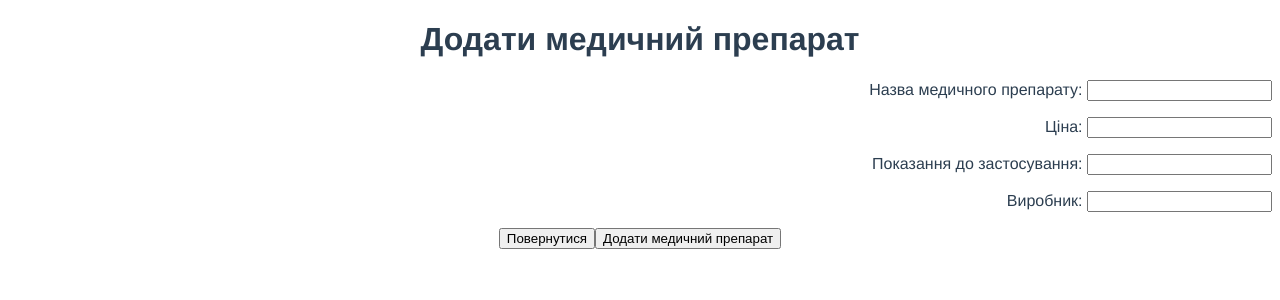
Repository: kristinap8/pharmacy
Page: /add_medicine
The author's editor kept a copy of each file at every save. The page is drawn from the files as they stood at one save, then again after the next save.
The browser window is 1280 px wide. The pictures show the whole page.
The project was rebuilt for these pictures with package versions that can differ from the ones it lists, and the page was loaded fresh each time. Also part of the build but not shown: src/components/EditMedicineForm/index.vue, src/pages/EditMedicine/index.vue, src/components/MedicinesList/MedicineCard/index.vue, src/components/MedicinesList/index.vue, src/pages/AllMedicines/index.vue, src/components/CartForm/index.vue, src/pages/Cart/index.vue.

Above is the page before, as saved 2020-12-09 23:32:26.

### src/main.js
import Vue from 'vue'
import App from './App.vue'
import router from "./router"
import store from "./store"

Vue.config.productionTip = false

new Vue({
  store,
  router,
  render: h => h(App),
}).$mount('#app')

### src/App.vue
<template>
  <div id="app">
    <router-view/>
  </div>
</template>

<script>
export default {
  name: "App",
  components: {},
};
</script>

<style>
#app {
  font-family: Avenir, Helvetica, Arial, sans-serif;
  -webkit-font-smoothing: antialiased;
  -moz-osx-font-smoothing: grayscale;
  color: #2c3e50;
}
</style>

### src/router.js
import Vue from "vue";
import VueRouter from "vue-router";
import AddMedicine from "@/pages/AddMedicine";
import EditMedicine from "@/pages/EditMedicine";
import AllMedicines from "@/pages/AllMedicines";
import Cart from "@/pages/Cart";

Vue.use(VueRouter);

const routes=[
    {
        path:'/',
        name:'all-medicines',
        component:AllMedicines
    },
    {
        path:'/edit_medicine/:medicine_id',
        name:'edit-medicine',
        component:EditMedicine
    },
    {
        path:'/add_medicine',
        name:'add-medicine',
        component:AddMedicine
    },
    {
        path:'/cart',
        name:'cart',
        component:Cart
    },

]

const router=new VueRouter({
    mode:"history",
    routes
});

export default router;

### src/store/index.js
import Vue from "vue";
import Vuex from "vuex";
import { v4 as uuid_v4 } from 'uuid'

Vue.use(Vuex)
const store=new Vuex.Store({
    state:{
      medicinesList:[
          {
              id:1,
              name:'Но-шпа',
              price:60.48,
              requirements:"Спазми гладкої мускулатури, пов'язані з захворюваннями біліарного тракту: холецистолітіаз, холангіолітіаз, холецистит, перихолецистит, холангіт, папіліт. Спазми гладкої мускулатури при захворюваннях сечового тракту: нефролітіаз, уретролітіаз, пієліт, цистит, тенезми сечового міхура.",
              maker:"Chinoin (Угорщина)"

          },
          {
            id:2,
            name:"Діазолін",
            price:19.19,
            requirements:"Профілактика і лікування сезонного та алергічного риніту, полінозу, кропив'янки, харчової та медикаментозної алергії, дерматозів, що супроводжуються свербежем шкіри (екзема, нейродерміт).",
            maker:"Фармак ОАО (Україна, Київ)"

        },
        {
            id:3,
            name:"Амоксил",
            price:81.77,
            requirements:"Інфекції органів дихання, сечостатевої системи, травного тракту (у тому числі у комбінації з метронідазолом або кларитроміцином застосовують для лікування захворювань, асоційованих із Helicobacter pylori), шкіри та м’яких тканин, спричинені чутливими до лікарського засобу мікроорганізмами.",
            maker:"Киевмедпрепарат ОАО (Україна, Київ)"

        }
      ],
      cart:[],
      cartItemsCount:0
    },
    mutations:{
        addMedicine(state, data) {
            state.medicinesList.push({
             id: uuid_v4(),
             ...data,
           })
         },
         deleteMedicine(state,id){
             let medicines=state.medicinesList.filter(medicine=>medicine.id!=id)
             state.medicinesList=medicines;
         },
         editMedicine(state,medicine){
             state.medicinesList.forEach(m=>{
                 if(m.id==medicine.id){
                     m=medicine;
                 }
             } )
         },
         addToCart(state,medicine){
            let isMedicineExists=state.cart.find(m => m.id == medicine.id);

            if (isMedicineExists) {
                isMedicineExists.quantity ++;
                isMedicineExists.totalPrice = (isMedicineExists.quantity * isMedicineExists.price).toFixed(2);
            } else {
                state.cart.push(medicine);

                Vue.set(medicine, 'quantity', 1);
                Vue.set(medicine, 'totalPrice', medicine.price);
            }
             state.cartItemsCount++
         },
         deleteItemFromCart(state,medicine){
            let index = state.cart.indexOf(medicine);
            if (index > -1) {
                let item= state.cart[index];
                state.cartItemsCount -= item.quantity;
                state.cart.splice(index, 1);
            }
         }
    },
    actions:{
        addMedicine({ commit }, medicine) {
            commit('addMedicine', medicine)
         },
          deleteMedicine({commit},id){
              commit('deleteMedicine',id)
          },
          editMedicine({commit},medicine){
              commit('editMedicine',medicine)
          },
          addToCart({commit},medicine){
              commit('addToCart',medicine)
          },
          deleteItemFromCart({commit},medicine){
              commit("deleteItemFromCart",medicine)
          }

    },
    getters:{
        getMedicines:(state)=> state.medicinesList,
        getMedicineById:(state)=>(id)=>{return state.medicinesList.find(m=>m.id===id)},
        getMedicinesInCart:(state)=>state.cart,
     },
    modules:{

    }
})

export default store

### src/pages/AddMedicine/index.vue
<template>
    <div>
       <add-medicine-form/>
    </div>
</template>

<script>
import AddMedicineForm from "../../components/AddMedicineForm"
    export default {
        name:"AddMedicine",
        components: {
            AddMedicineForm,
        },
    }
</script>

<style lang="scss" scoped>

</style>

### src/components/AddMedicineForm/index.vue
<template>
    <div class="form">
        <h1>Додати медичний препарат</h1>
      <p class="form-row">
    <label>
        Назва медичного препарату:
        <input type="text" v-model="name"/>
    </label>
    </p>
    <p class="form-row">
    <label>
        Ціна:
        <input type="number" v-model="price"/>
    </label>
    </p>
    <p class="form-row">
    <label>
        Показання до застосування:
        <input type="text" v-model="requirements"/>
    </label>
    </p>
    <p class="form-row">
    <label>
        Виробник:
        <input type="text" v-model="maker"/>
    </label>
    </p>
    <p>
    <router-link to="/" tag="button" >Повернутися</router-link>
    <button @click="onAddMedicine" >
        Додати медичний препарат
    </button>
    </p>
    </div>
</template>

<script>
import { mapActions } from 'vuex'

    export default {
        name:"AddMedicineForm",
        data() {
            return {
            name: null,
            price: null,
            requirements: null,
            maker: null,
            }
        },
        methods: {
            ...mapActions(['addMedicine']),
            onAddMedicine() {
                const{name,price,requirements,maker}=this
                this.addMedicine({
                    name,
                    price,
                    requirements,
                    maker
                })
                this.$router.push('/')
            }
        },
    }
</script>

<style lang="scss" scoped>
.form{
    text-align: center;
}
.form-row {
  display: flex;
  justify-content:flex-end
}

</style>

Loaded but not shown: public/index.html (common file)

After the next save:
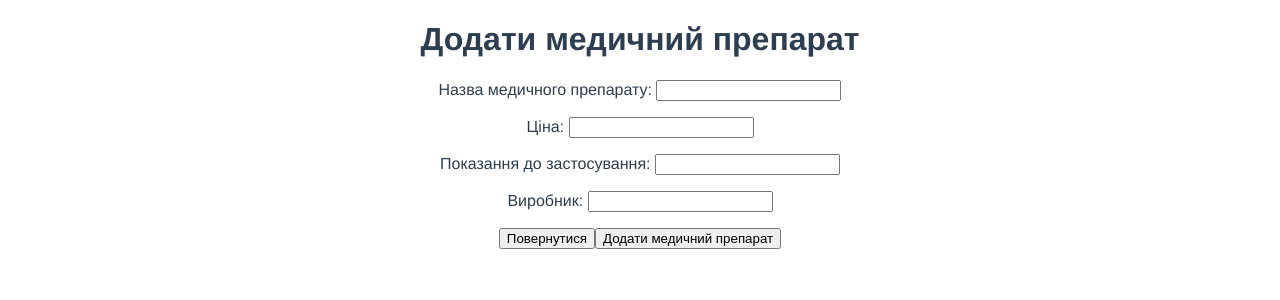
Saved 80 s later.
--- a/src/components/AddMedicineForm/index.vue
+++ b/src/components/AddMedicineForm/index.vue
@@ -69,7 +69,8 @@
 }
 .form-row {
   display: flex;
-  justify-content:flex-end
+  justify-content: center;
+  align-items: center;
 }
 
 </style>

After the save that followed:
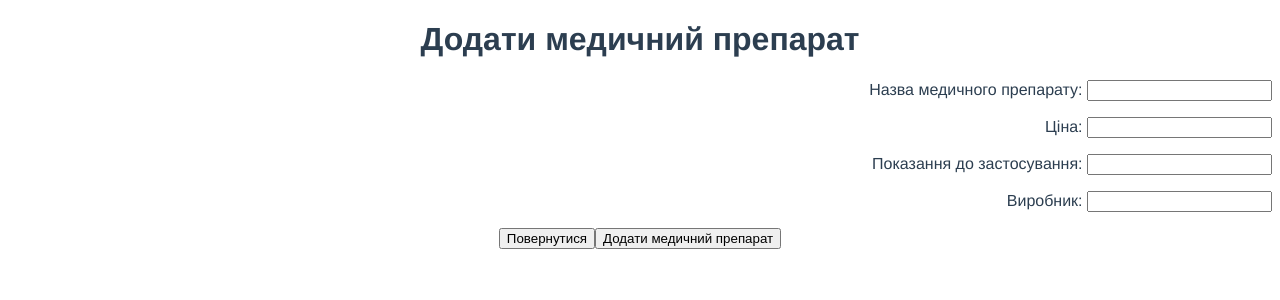
Saved 13 s later.
--- a/src/components/AddMedicineForm/index.vue
+++ b/src/components/AddMedicineForm/index.vue
@@ -69,7 +69,7 @@
 }
 .form-row {
   display: flex;
-  justify-content: center;
+  justify-content: flex-end;
   align-items: center;
 }
 
